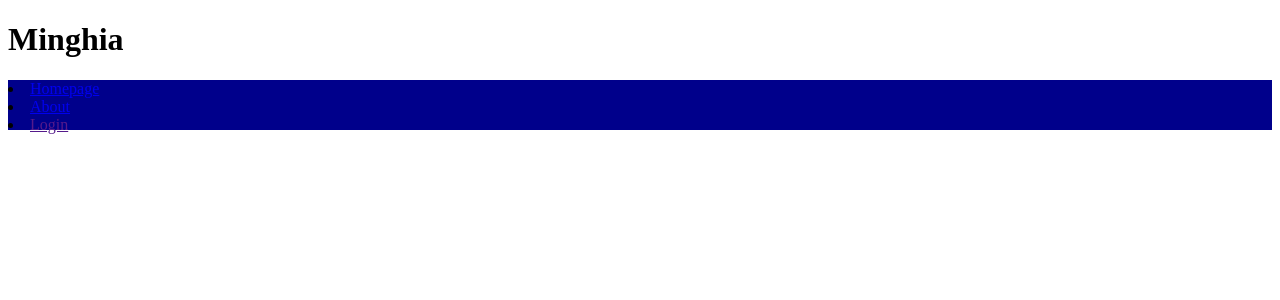
Repository: LauLupu/Progetto
Page: http://localhost/
These files come from the project's save history. The page is drawn as it stood at one moment and after the next save; the edit follows.
The browser window is 1280 px wide. The pictures show the whole page.
The page is served by the project's Laravel application, run on PHP 8.4 with Laravel 8.

Above is the page before, as saved 2021-08-14 03:55:56.

After the next save:
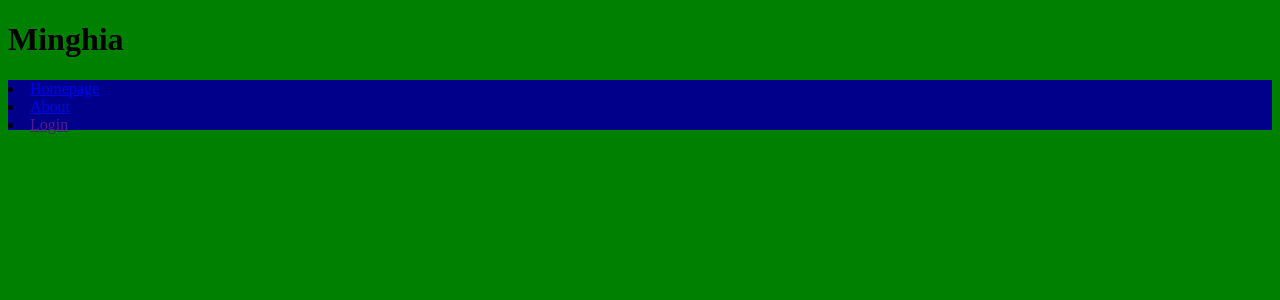
Saved 24 s later.
--- a/resources/views/navbar.blade.php
+++ b/resources/views/navbar.blade.php
@@ -7,6 +7,9 @@
     <title>Document</title>
 </head>
 <style>
+    body {
+        background-color: green;
+    }
     .navbar {
         width: 100%;
         height: 50px;
